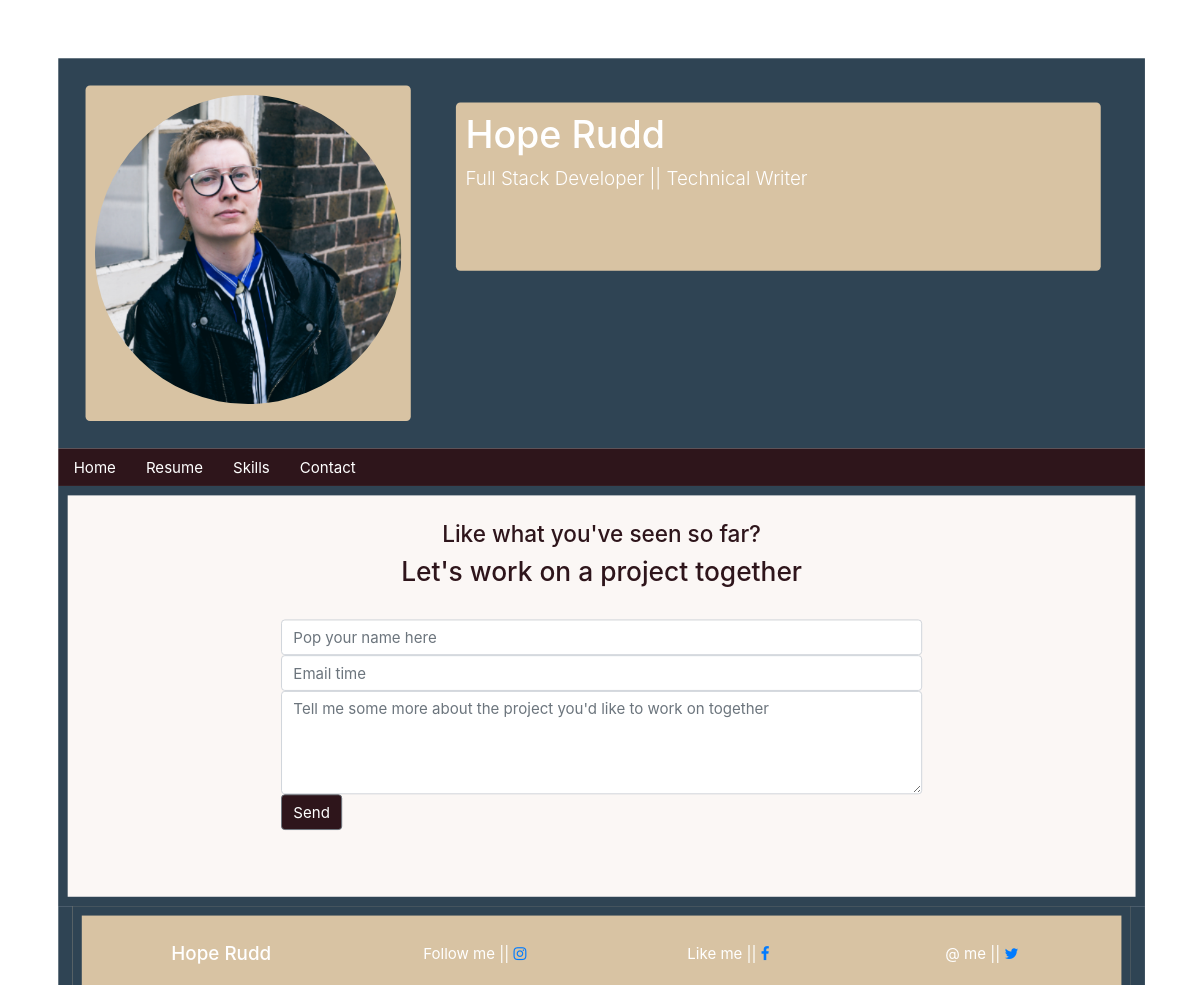
Repository: BleakTerrain/MilestoneProject-
Page: contact.html
The author's editor kept a record of every edit. The page is drawn from the files as they stood at one moment, then again after the next edit.
The browser window is 1280 px wide. The pictures show the whole page, at 94% of full size.
Some web libraries are served in a nearby version.

Above is the page before.

After the next edit:
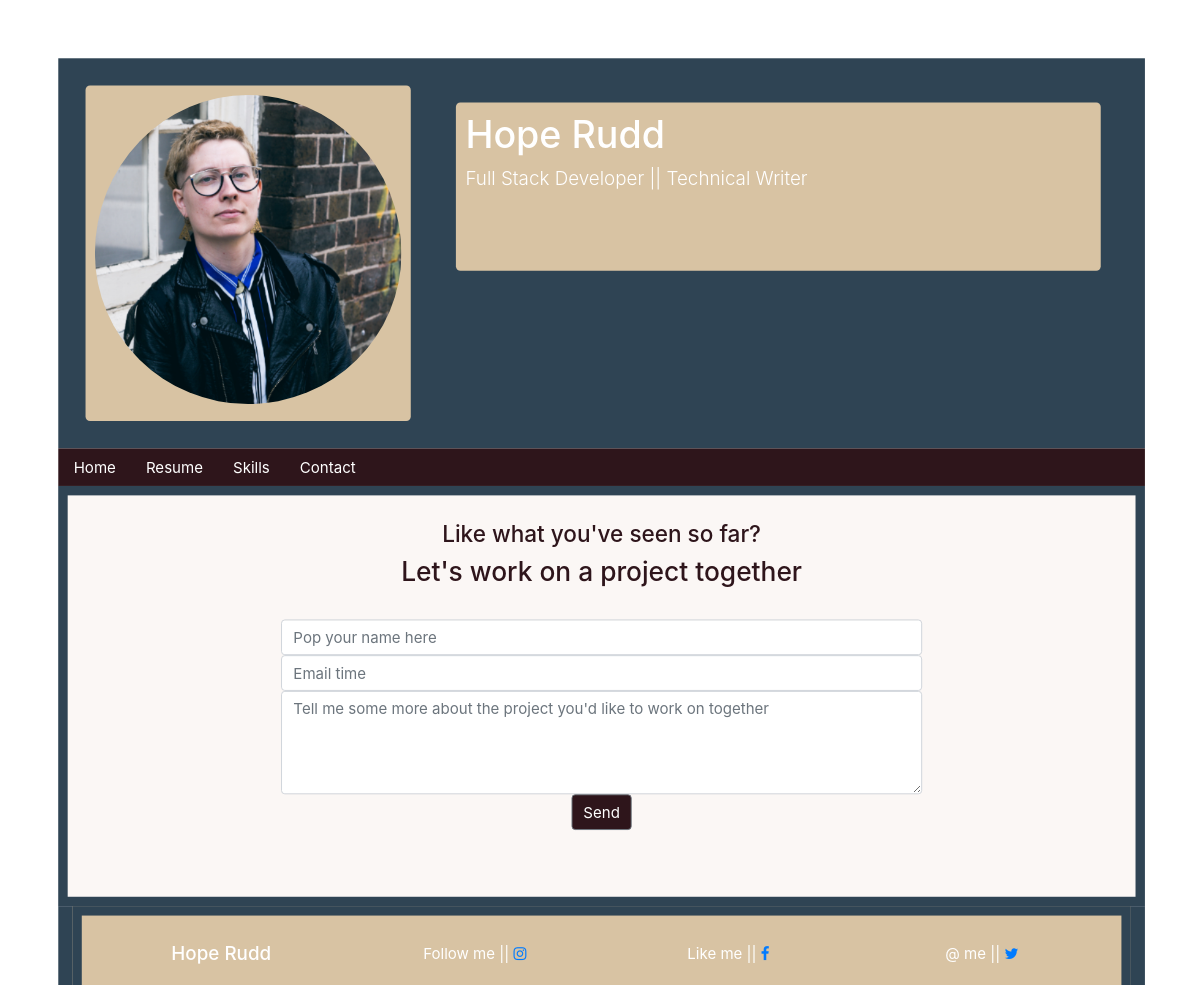
The edit:
--- a/contact.html
+++ b/contact.html
@@ -72,7 +72,7 @@
              <input type="email" name="email" id="emailaddress" class ="form-control" placeholder ="Email time" required />
 
               <textarea rows = "4" name="projecttype" id="projecttype" class ="form-control" placeholder ="Tell me some more about the project you'd like to work on together" required></textarea>
-<div class="row text-centre">
+<div class="row text-center">
 <div class="col">
   <button type="submit" class="btn btn-secondary">Send</button>
 </div>
